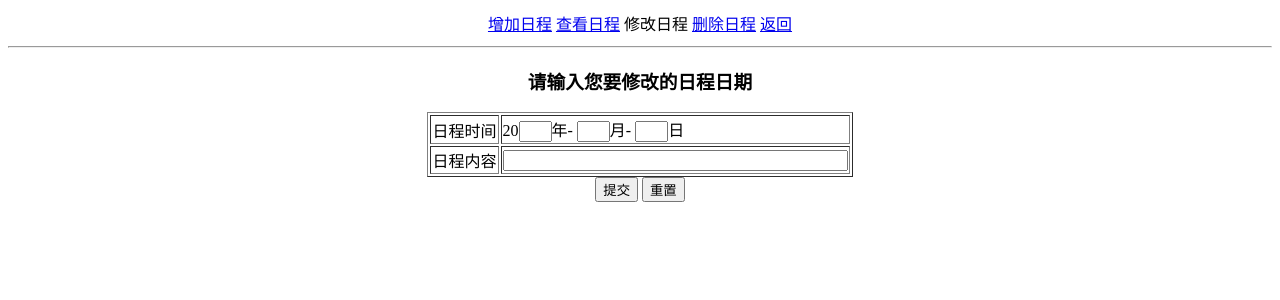
Repository: zy840055899/old-workspace
Page: http://localhost/PIMS/dateManager/updateDate.jsp
An editor plug-in stored every save of this project. The page is shown before and after the next save, followed by the edit.
The browser window is 1280 px wide. The pictures show the whole page.
The page is served by Tomcat 9. Other server files are loaded and not shown.

Above is the page before, as saved 2014-03-17 11:50:06.

### PIMS/WebContent/dateManager/updateDate.jsp
<%@ page language="java" contentType="text/html; charset=UTF-8"
    pageEncoding="UTF-8"%>
<!DOCTYPE html PUBLIC "-//W3C//DTD HTML 4.01 Transitional//EN" "http://www.w3.org/TR/html4/loose.dtd">
<html>
<head>
<meta http-equiv="Content-Type" content="text/html; charset=UTF-8">
<title>个人信息管理系统--修改日程</title>
</head>
<body>

<center>

<table>

<tr>
<td><a href="http://localhost:8080/PIMS/dateManager/addDate.jsp">增加日程</a></td>
<td><a href="http://localhost:8080/PIMS/dateManager/lookDate.jsp">查看日程</a></td>
<td>修改日程</td>
<td><a href="http://localhost:8080/PIMS/dateManager/deleteDate.jsp">删除日程</a></td>
<td><a href="http://localhost:8080/PIMS/main/main.jsp">返回</a></td>
</tr>

</table><hr>

<h3>请输入您要修改的日程日期</h3>

<form action="http://localhost:8080/PIMS/UpdateDateServlet" method="post">

<table border="1">

<tr>
<td>日程时间</td>
<td>
20<input type="text" size="1" name="year" value="">年-
<input type="text" size="1" name="month" value="">月-
<input type="text" size="1" name="day" value="">日
</td>
</tr>

<tr>
<td>日程内容</td>
<td><input type="text" name="thing" size="40"></td>
</tr>

</table>

<input type="submit" value="提交">
<input type="reset" value="重置">

</form>

</center>

</body>
</html>

After the next save:
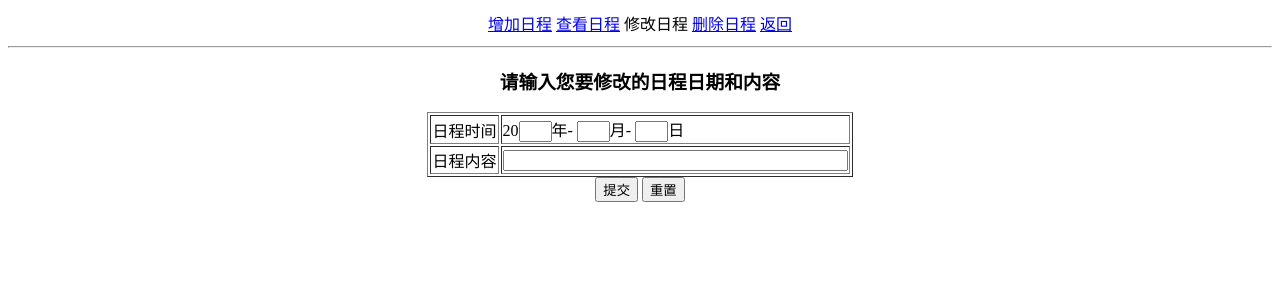
Saved 56 s later.
--- a/PIMS/WebContent/dateManager/updateDate.jsp
+++ b/PIMS/WebContent/dateManager/updateDate.jsp
@@ -22,7 +22,7 @@
 
 </table><hr>
 
-<h3>请输入您要修改的日程日期</h3>
+<h3>请输入您要修改的日程日期和内容</h3>
 
 <form action="http://localhost:8080/PIMS/UpdateDateServlet" method="post">
 
